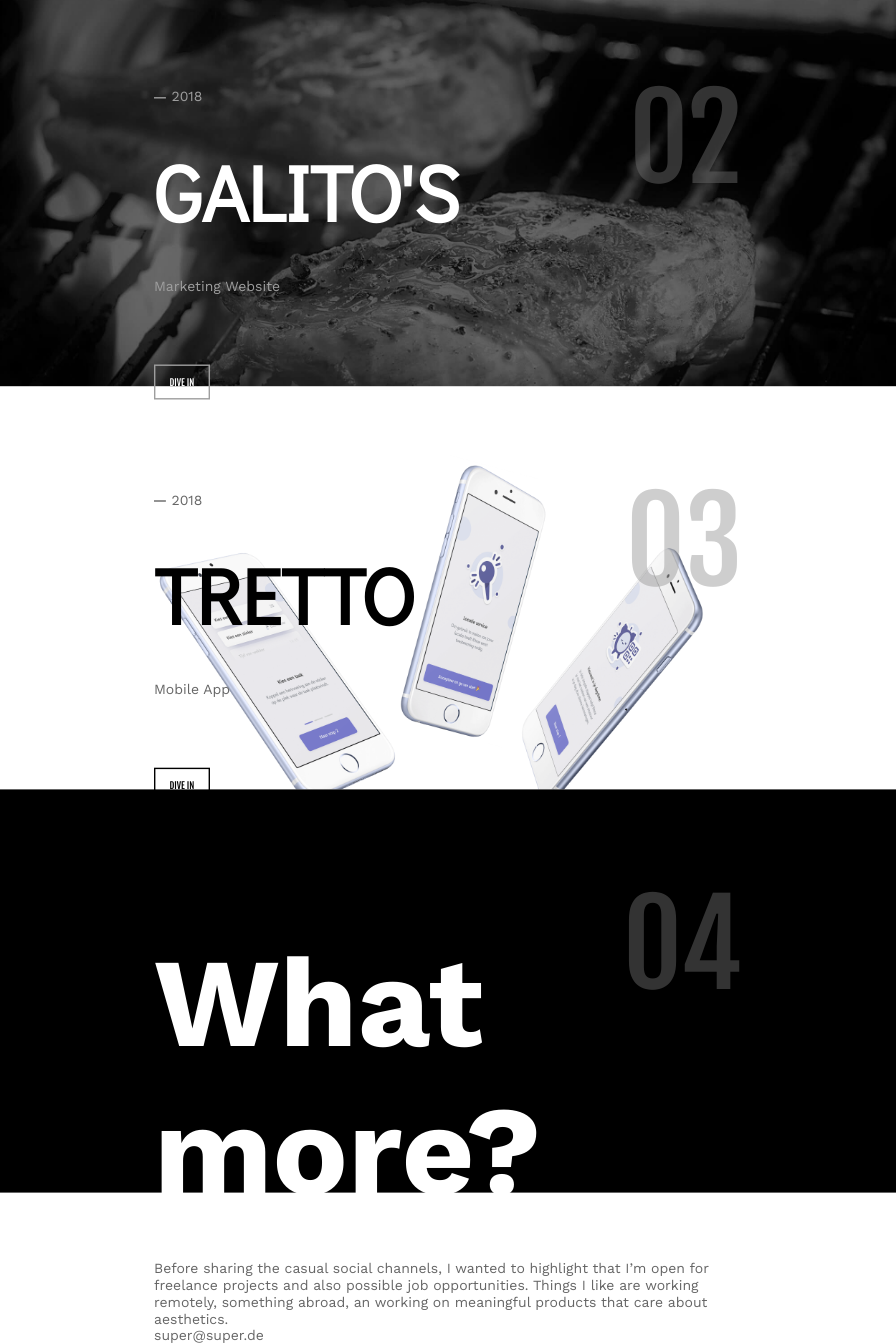
Repository: m0lt/DigitalDesigner
Page: index.html
These files come from the project's save history. The page is drawn as it stood at one moment and after the next save; the edit follows.
The browser window is 1280 px wide. The pictures show the part of the page from y = 2584 to 4504 px (the page is 4504 px tall), at 70% of full size.
Backgrounds fixed to the window are drawn as part of the page.

Above is the page before, as saved 2025-07-08 11:35:24.

### index.html
<!DOCTYPE html>
<html lang="en">
  <head>
    <meta charset="UTF-8" />
    <meta name="viewport" content="width=device-width, initial-scale=1.0" />
    <link rel="stylesheet" href="./assets/css/styles.css" />
    <link rel="stylesheet" href="./assets/css/styles.css" />
    <title>Project 1</title>
  </head>
  <body>
    <header></header>
    <main>
      <section id="hero">
        <p>Super Portfolio of</p>
        <h1>DIGITAL<br />DESIGNER</h1>
        <img src="./assets/img/portfolio1.jpeg" alt="Man Jumping on Rock" />
        <p>WORK</p>
      </section>
      <section id="ORBIS" class="dark content">
        <p class="Year">2019</p>
        <h2>ORBIS</h2>
        <p>Corporate Website</p>
        <button>DIVE IN</button>
        <p class="number">01</p>
      </section>
      <section id="ROLLR" class="light content">
        <p class="Year">2019</p>
        <h2>ROLLR</h2>
        <p>Marketing Website</p>
        <button>DIVE IN</button>
        <p class="number">02</p>
      </section>
      <section id="GALITOS" class="dark content">
        <p class="Year">2018</p>
        <h2>GALITO'S</h2>
        <p>Marketing Website</p>
        <button>DIVE IN</button>
        <p class="number">03</p>
      </section>
      <section id="TRETTO" class="light content">
        <p class="Year">2018</p>
        <h2>TRETTO</h2>
        <p>Mobile App</p>
        <button>DIVE IN</button>
        <p class="number">04</p>
      </section>
      <section id="more" class="content">
        <h2>What more?</h2>
        <div>
          <p>
            Before sharing the casual social channels, I wanted to highlight that I’m open for freelance projects and
            also possible job opportunities. Things I like are working remotely, something abroad, an working on
            meaningful products that care about aesthetics.
          </p>
          <p>super@super.de</p>
        </div>
      </section>
    </main>
    <footer></footer>
  </body>
</html>

### assets/css/styles.css
* {
  box-sizing: border-box;
  margin: 0;
  padding: 0;
}

:root {
  --void: #000;
  --bright: #fff;
  --dark: #333;
  --mid: #666;
  --light: #9e9e9e;
  --font-size: 16px;
}

@font-face {
  font-family: "Didact Gothic";
  src: url(../font/Didact_Gothic/DidactGothic-Regular.ttf);
}
@font-face {
  font-family: "Fjalla One";
  src: url(../font/Fjalla_One/FjallaOne-Regular.ttf);
}
@font-face {
  font-family: "Work Sans";
  src: url(../font/Work_Sans/WorkSans-VariableFont_wght.ttf);
}

html {
}

h1 {
  font-family: "Didact Gothic";
  font-size: 100px;
  font-weight: 100px;
  letter-spacing: -2px;
  margin: 30px;
}

h2 {
  font-family: "Didact Gothic";
  font-size: 112px;
  padding: 50px 0 50px 0;
}

.content {
  margin: 0 auto;
  padding: 150px 220px;
  height: 80vh;
  background-repeat: no-repeat;
  background-attachment: fixed;
  background-size: cover;
}

.content p {
  font-family: "Work Sans";
  font-size: 20px;
}

/* Strich vor der Jahreszahl */
.Year::before {
  content: "";
  display: inline-block;
  width: 17px;
  height: 2px;
  margin-right: 8px;
  vertical-align: middle;
}

button {
  border-width: 2px;
  border-style: solid;
  padding: 15px 20px;
  margin: 100px 0;
  background-color: transparent;
  font-family: "Fjalla One";
}

p.number {
  font-size: 165px;
  opacity: 50%;
  font-family: "Fjalla One";
  text-align: end;
}

/* !=============Color Scheme: Dark=============== */
.dark p {
  color: var(--light);
}
.dark h2 {
  color: var(--bright);
}
.dark button {
  border-color: var(--light);
  color: var(--bright);
}
.dark .Year::before {
  background-color: var(--light);
}

/* !=============Color Scheme: Light=============== */

.light p {
  color: var(--mid);
}
.light h2 {
  color: var(--void);
}
.light button {
  border-color: var(--void);
  color: var(--void);
}
.light .Year::before {
  background-color: var(--mid);
}

/* #==============Sections=============== */

#hero {
  text-align: center;
  margin: 20px;
}
#hero p {
  font-family: "Work Sans";
}
#hero p:nth-of-type(1) {
  font-size: 20px;
}
#hero p:nth-of-type(2) {
  margin: 50px;
  font-size: 160px;
}

#ORBIS {
  background-image: url("../img/portfolio2.jpg");
}

#ROLLR {
  background-image: url("../img/portfolio3.png");
}

#GALITOS {
  background-image: url("../img/portfolio4.jpg");
}

#TRETTO {
  background-image: url("../img/portfolio5.png");
}

#more {
  background-color: var(--void);
}

#more h2 {
  font-size: 180px;
  font-family: "Work Sans";
  color: var(--bright);
}
#more p {
  color: var(--mid);
}

After the next save:
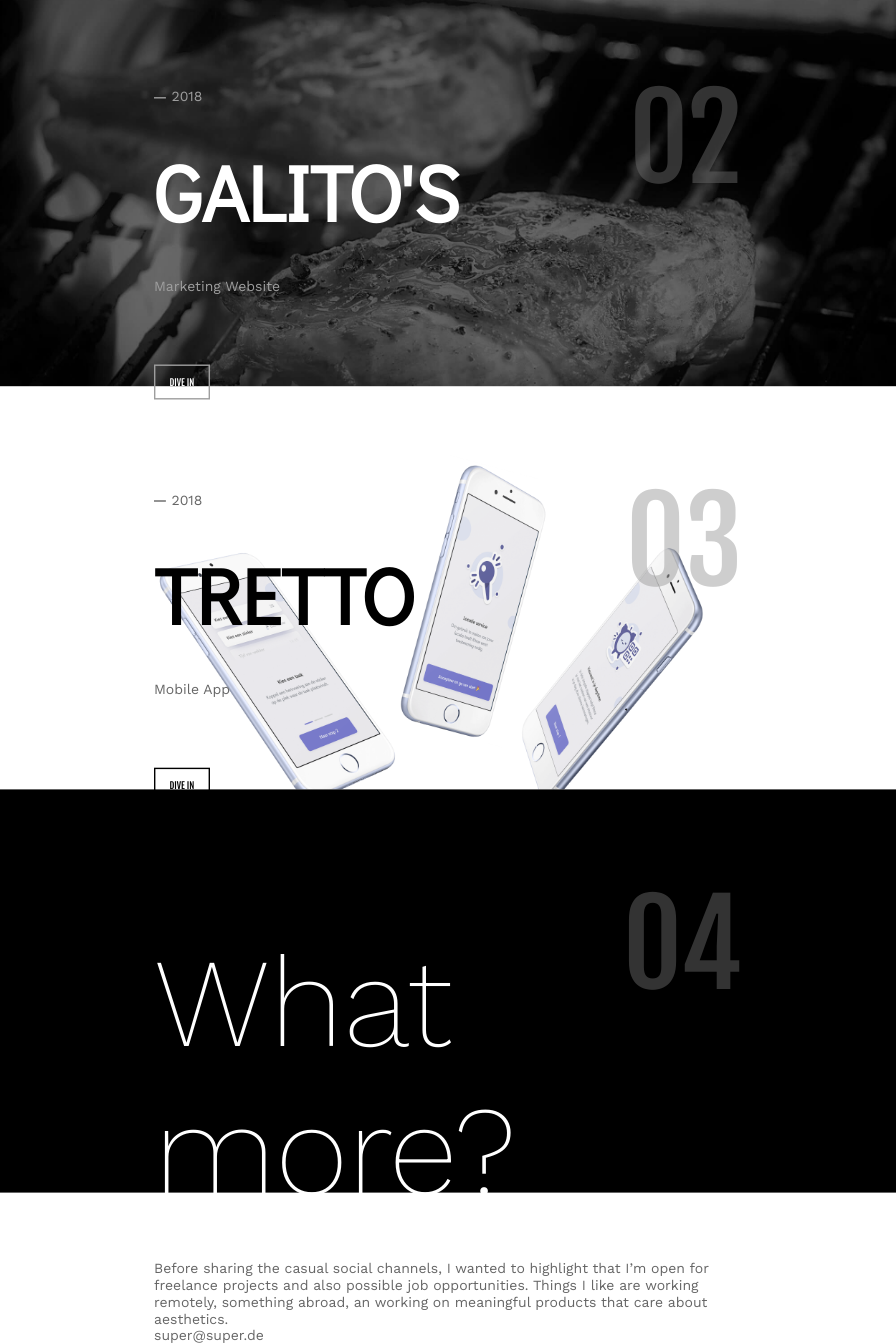
Saved 16 s later.
--- a/assets/css/styles.css
+++ b/assets/css/styles.css
@@ -154,6 +154,7 @@ p.number {
 #more h2 {
   font-size: 180px;
   font-family: "Work Sans";
+  font-weight: 200;
   color: var(--bright);
 }
 #more p {
